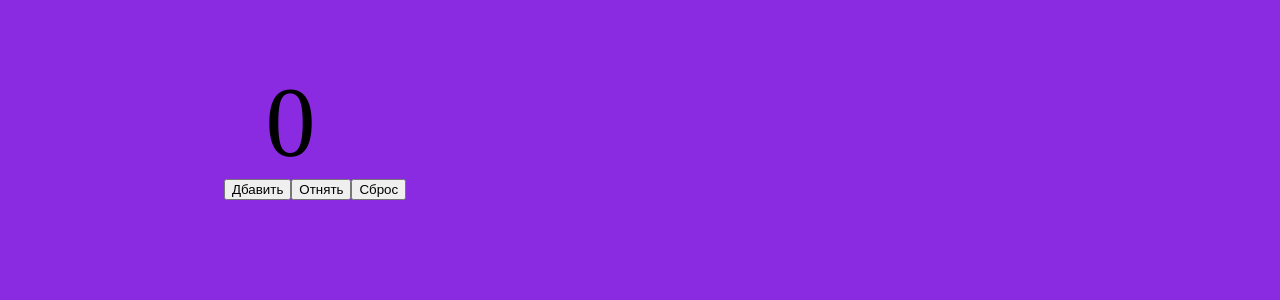
Repository: Denzoll/redux-toolkit-counter
Page: /
These files come from the project's save history. The page is drawn as it stood at one moment and after the next save; the edit follows.
The browser window is 1280 px wide. The pictures show the whole page.
The project was rebuilt for these pictures with package versions that can differ from the ones it lists, and the page was loaded fresh each time. Also part of the build but not shown: src/index.css.

Above is the page before, as saved 2022-06-27 13:28:31.

### src/index.js
import React from 'react';
import ReactDOM from 'react-dom/client';
import './index.css';
import App from './App';
import { store } from './app/store';
import { Provider } from 'react-redux/es/exports';


const root = ReactDOM.createRoot(document.getElementById('root'));
root.render(

   <Provider store={store}>
    <App />

  </Provider>

);

// If you want to start measuring performance in your app, pass a function
// to log results (for example: reportWebVitals(console.log))
// or send to an analytics endpoint. Learn more: https://bit.ly/CRA-vitals

### src/App.js
import { useSelector, useDispatch } from "react-redux";
import { minus, plus, zero } from "./feauters/counterReducer";
import './App.css'

function App() {
  const num = useSelector((state) => state.counter);
  const dispach = useDispatch();
  const handleInc = () => {
    dispach(plus());
  };
  const handleDel = () => {
    dispach(minus());
  };

  const z = () => {
    dispach(zero());
  };
  return (
    <>
    <div className="cont">
      <div className="count">{num}</div>
      <button onClick={handleInc}> Дбавить </button>
      <button onClick={handleDel}>Отнять</button>
      <button onClick={z}> Сброс </button>
      </div>
    </>
  );
}

export default App;

### src/app/store.js
import { configureStore } from "@reduxjs/toolkit";
import counterReducer from "../feauters/counterReducer";

export const  store = configureStore({
    reducer:counterReducer
})

### src/feauters/counterReducer.js
import { createAction } from "@reduxjs/toolkit/";
import { createReducer } from "@reduxjs/toolkit";

const initialState = {
  counter: 0,
};
export const plus = createAction("plus");
export const minus = createAction("minus");
export const zero = createAction("zero");

const counterReducer = createReducer(initialState, (builder) => {
  builder
    .addCase(plus, (state, action) => {
      state.counter += 1;
    })
    .addCase(minus, (state) => {
      if (state.counter > 0) {
        state.counter -= 1;
      }
    })
    .addCase(zero, (state) => {
      state.counter = 0;
    });
});

export default counterReducer;

### src/App.css
body {
  background-color: blueviolet;
  margin:0 auto;
  width: 65%;
  margin-top: 5%;
}

.count {
  font-size: 100px;
  margin-left: 5%;
}

Loaded but not shown: public/index.html (common file)

After the next save:
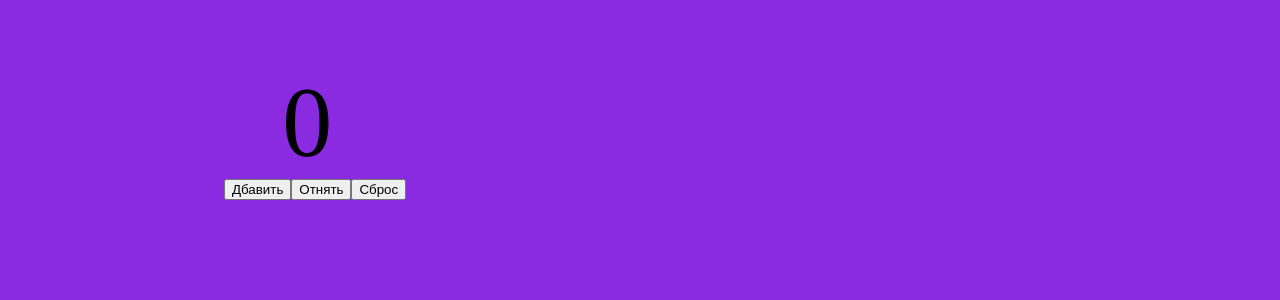
Saved 5 s later.
--- a/src/App.css
+++ b/src/App.css
@@ -7,5 +7,5 @@ body {
 
 .count {
   font-size: 100px;
-  margin-left: 5%;
+  margin-left: 7%;
 }
